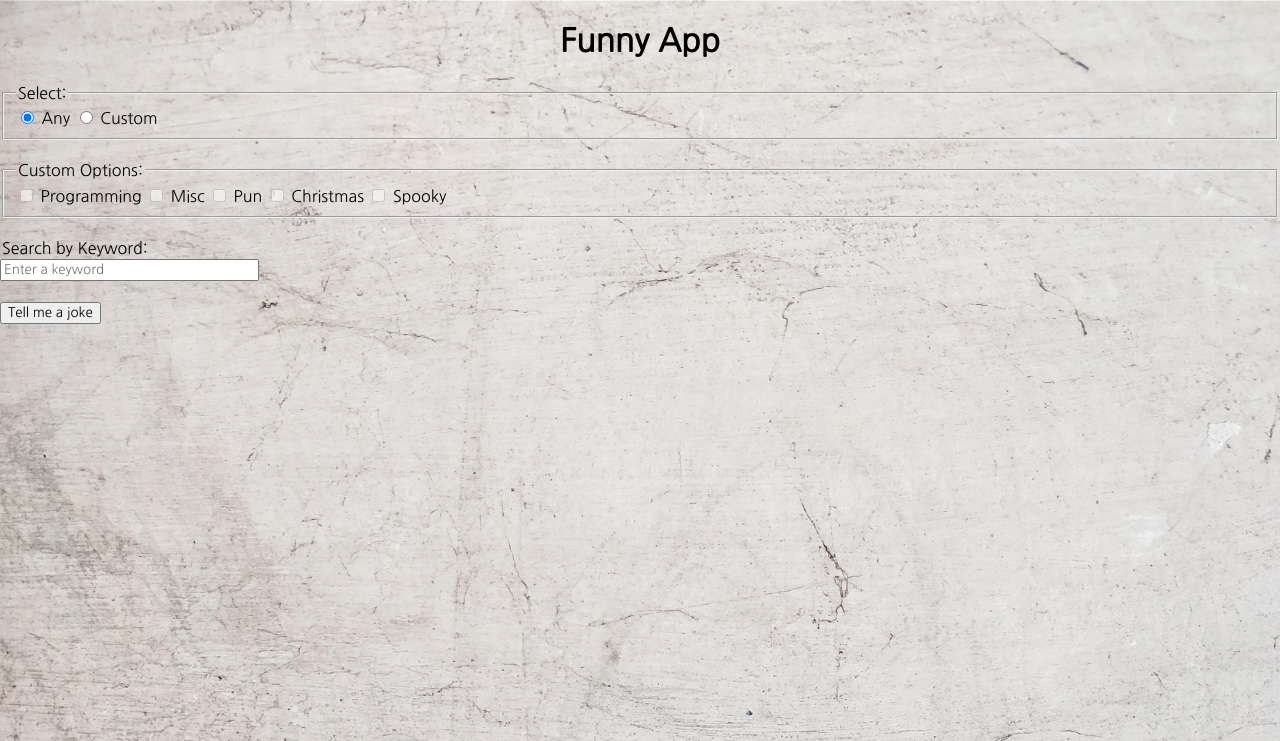
Repository: kaitlynMidori/dadJokeApi
Page: index.html
An editor plug-in stored every save of this project. The page is shown before and after the next save, followed by the edit.
The browser window is 1280 px wide. The pictures show the whole page.
Some web libraries are served in a nearby version.

Above is the page before, as saved 2021-01-08 12:02:27.

### index.html
<!DOCTYPE html>
<html lang="en">
<head>
    <meta charset="UTF-8">
    <meta name="viewport" content="width=device-width, initial-scale=1.0">
    <title>Joke App</title>
    <link href="style.css" rel="stylesheet" type="text/css" />
    <link rel="preconnect" href="https://fonts.gstatic.com">
    <link href="https://fonts.googleapis.com/css2?family=Nanum+Gothic&display=swap" rel="stylesheet">

</head>
<body>
    <div id="container">
        <header>
            <h1>Funny App</h1>
        </header>

        <fieldset>
            <legend>Select:</legend>
                <div id="form-check">
                    <input type="radio"  id="any" name="type" value="Any" checked>
                    <label for="any">Any</label>

                    <input type="radio"  id="custom" name="type" value="Custom">
                    <label for="custom">Custom</label>
                </div>
        </fieldset>

        <br>

        <fieldset id="options" disabled>
            <legend>Custom Options:</legend>
                <div id="form-check form-check-inline">
                    <input type="checkbox" id="coding" name="category" value="Programming">
                    <label for="coding">Programming</label>

                    <input type="checkbox" id="misc" name="category" value="Miscellaneous">
                    <label for="misc">Misc</label>

                    <input type="checkbox" id="pun" name="category" value="Pun">
                    <label for="pun">Pun</label>

                    <input type="checkbox" id="chris" name="category" value="Christmas">
                    <label for="chris">Christmas</label>

                    <!-- <input type="checkbox" id="dark" name="category" value="dark">
                    <label for="dark">Dark</label> -->

                    <input type="checkbox" id="spooky" name="category" value="spooky">
                    <label for="spooky">Spooky</label>
                </div>
        </fieldset>

        <br>

            <form>
                <legend>Search by Keyword:</legend>
                <input type="form-control" placeholder="Enter a keyword" id="keyword">
            </form>

            <br>

            <button type="submit" id="submit button">Tell me a joke</button>
            <div id="result"></div>
    </div>

    <script src="https://code.jquery.com/jquery-3.2.1.min.js"
          integrity="sha256-hwg4gsxgFZhOsEEamdOYGBf13FyQuiTwlAQgxVSNgt4="
          crossorigin="anonymous"></script>
    <script src="app.js"></script>
</body>
</html>

### style.css
body{
    margin: 0;
    background: cover;
    background-size: cover;
    background-repeat: no-repeat;
    background-image: url("screenshots/white-teal backdrop.jpg");
    /* background-image: linear-gradient(120deg, #a1c4fd 0%, #c2e9fb 100%); */
    min-height: 100vh;
}

* {
    font-family: 'Nanum Gothic', sans-serif;
    color: black;
}

header {
    width: 100%;
    margin-top: 5px;
    justify-content: center;
}

h1 {
    text-align: center;
}

.submit {
    width: 175px;
    max-width: 200px;
    display:flex;
    flex: 1;
    justify-content: center;
    margin-left: auto;
    margin-right: auto;
    margin-top: 30px;
	background-color:white;
	border-radius:2px;
	border:1px solid black;
	cursor:pointer;
	color:black;
	font-family:Arial;
	font-size:12px;
	font-weight:bold;
	padding:10px 10px 10px 10px;
	text-decoration:none;
}

### app.js
//declare 'option', 'custom', 'any' element id's
let option = document.getElementById("options");
let custom = document.getElementById("custom");
let any = document.getElementById("any");

//add event listener on click
//if 'any' option checked
//disable options
any.addEventListener("click", (e)=>{
    if(e.target.checked){
        option.disabled = true;
    }
});

//add event listener on click
//if 'custom' option checked
//enable options
custom.addEventListener("click", (e)=>{
    if(e.target.checked){
        option.disabled = false;
    }
});

//declare asyncrynous getJoke
const getJoke = async () => {
    //declare result  = HTML div 'result' element id
    let result = document.getElementById('result');
    //replace result element with empty string
    result.innerHTML = "";
    //declare checkboxes= filter category checkboxes for checked
    let checkboxes = [...document.getElementsByName('category')].filter((checkbox)=>checkbox.checked);
    //declare category as empty string
    let category = "";
    //if 'any' type is checked
    if(any.checked){
        //category = 'any'
        category = "Any";
    }
    //if 'custom' type is checked
    if(custom.checked){
        //category = map to join checked category values
        category = checkboxes.map((c)=>c.value).join();
    }
    //console.log user selected joke category
    console.log(category);
    //declare url = dynamically generate url inserting user selected category
    let url = `https://v2.jokeapi.dev/joke/${category}`;
    // declare keyword = HTML form div 'keyword' element id
    let keyword = document.getElementById("keyword").value;
    //if keyword does not equal empty; dynamically generate url with user keyword input
    if(keyword != ""){
        url = `https://v2.jokeapi.dev/joke/${category}?contains=${keyword}`;
    }
    console.log(url);
    const response = await fetch(url);
    const data = await response.json();
    console.log(data);

    //if JSON data response = API doc response 'single'
    if(data.type == "single"){
        //insert API doc 'joke' into response element
        result.innerHTML = `<h3>${data.joke}</h3>`;
    }
    //if JSON data response = API doc response 'twopart'
    if(data.type == "twopart"){
        //insert API doc 'setup' into response element
        result.innerHTML = `<h3>${data.setup}</h3>`;
        //display 'delivery' after 1 second
        setTimeout(()=>{
            //insert API doc 'delivery' into response element
            result.innerHTML += `<h3>${data.delivery}</h3>`;
        },1000);
    }
}

//declare submit = HTML button 'submit button'
let submit = document.getElementById('submit button');
//upon 'submit', add event listener for 'click and activate 'getJoke'
submit.addEventListener("click", getJoke);

After the next save:
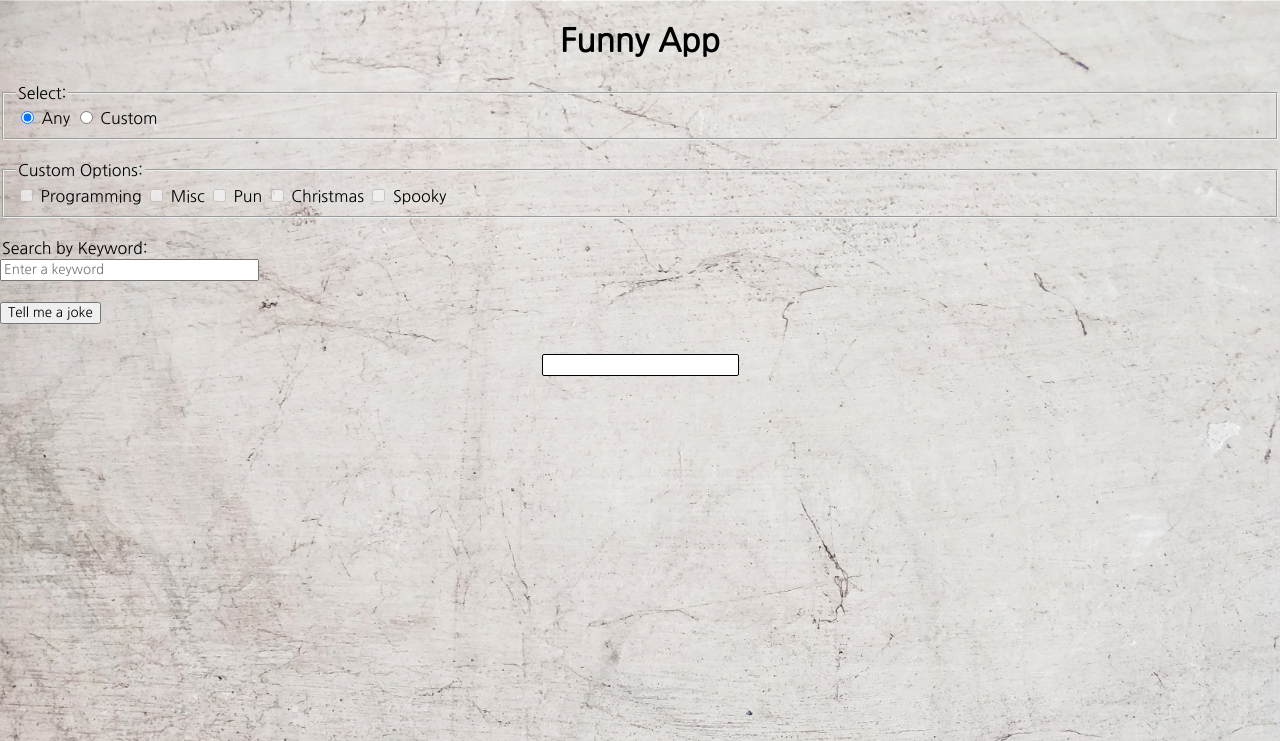
Saved 10 s later.
--- a/style.css
+++ b/style.css
@@ -23,7 +23,7 @@
     text-align: center;
 }
 
-.submit {
+#result {
     width: 175px;
     max-width: 200px;
     display:flex;

After the save that followed:
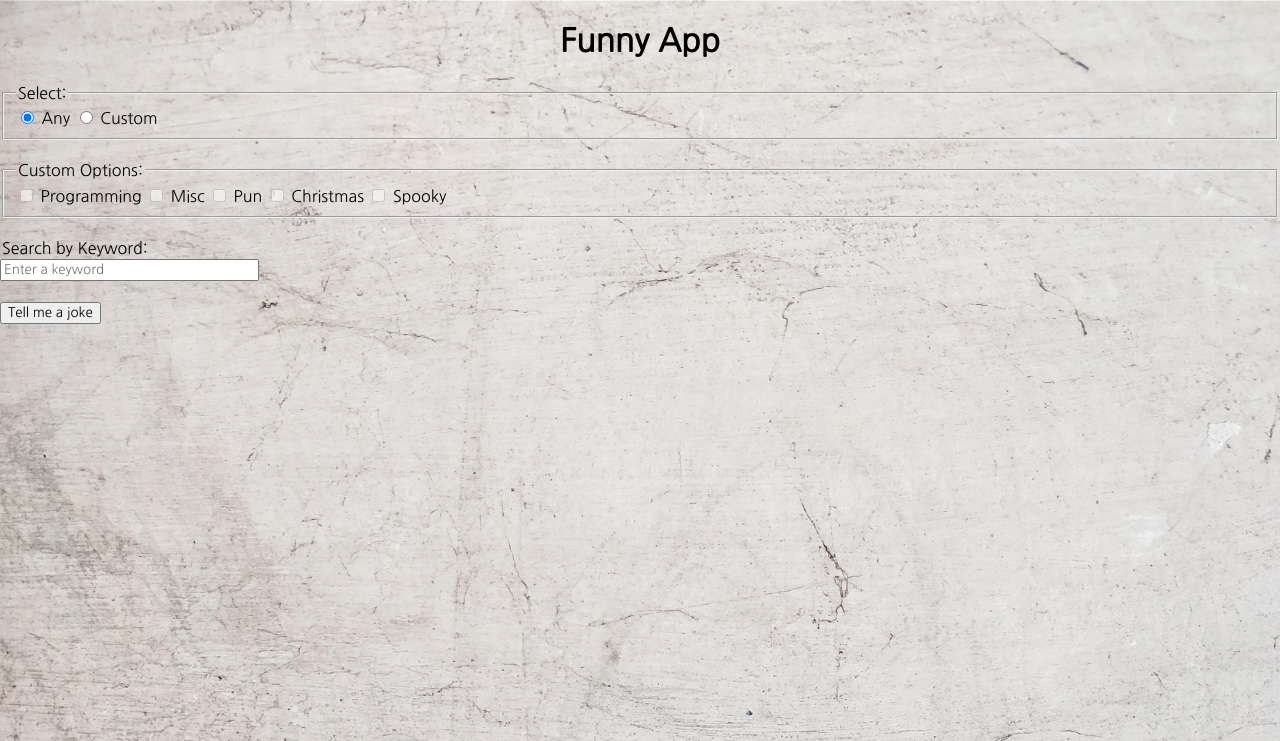
Saved 25 s later.
--- a/style.css
+++ b/style.css
@@ -23,7 +23,7 @@
     text-align: center;
 }
 
-#result {
+#submit button {
     width: 175px;
     max-width: 200px;
     display:flex;
